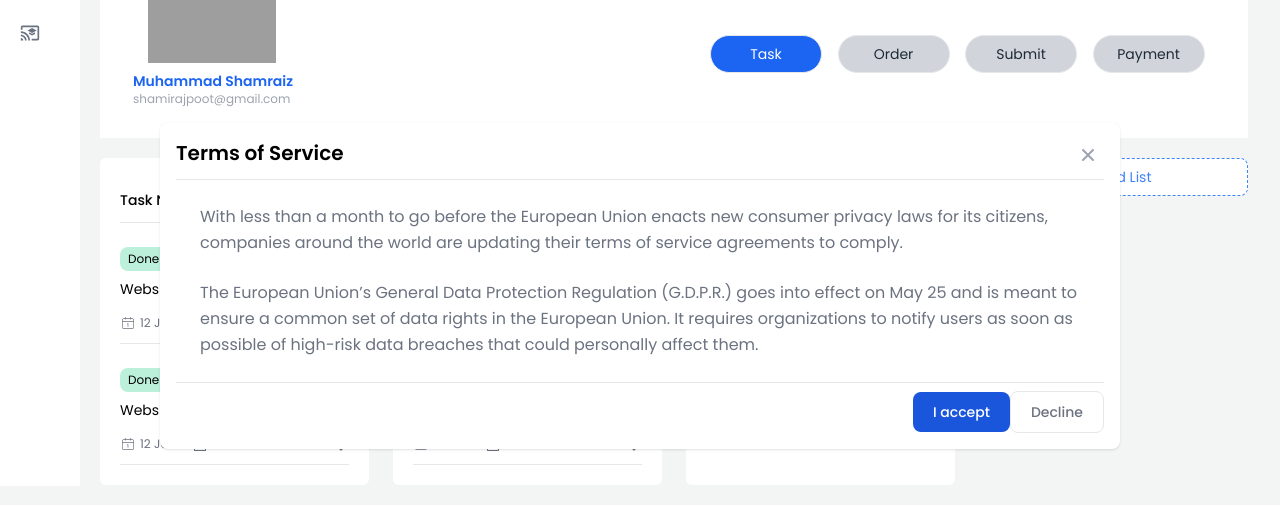
Repository: Shamraiz761/Frontend-Assessment
Page: /, after clicking the first element matching `button.bg-white`
An editor plug-in stored every save of this project. The page is shown before and after the next save, followed by the edit.
The browser window is 1280 px wide. The pictures show the part of the page from y = 234 to 739 px (the page is 739 px tall).
Pictures or frames that could not be fetched are drawn as grey boxes. The project was rebuilt for these pictures with package versions that can differ from the ones it lists, and the page was loaded fresh each time. Also part of the build but not shown: vite.config.js. Imported but missing from the stored project, and not drawn on this page: src/pages/auth/login.

Above is the page before, as saved 2023-06-09 12:47:27.

### src/main.jsx
import ReactDOM from 'react-dom/client'

import React from 'react'

import App from './App.jsx'
import './index.css'

ReactDOM.createRoot(document.getElementById('root')).render(
  <React.StrictMode>
    <App />
  </React.StrictMode>,
)

### src/App.jsx
import React from 'react'
import { DndProvider } from 'react-dnd'
import { HTML5Backend } from 'react-dnd-html5-backend'
import 'flowbite'

import AppRoutes from './routes'

export default function App() {
  return (
    <DndProvider backend={HTML5Backend}>
      <AppRoutes />
    </DndProvider>
  )
}

### src/index.css
@import url("https://fonts.googleapis.com/css2?family=Poppins:wght@400;500;600;700;800;900&display=swap");

@tailwind base;
@tailwind components;
@tailwind utilities;

* {
  margin: 0;
  padding: 0;
}

body {
  margin: 0;
  font-family: "Poppins", -apple-system, BlinkMacSystemFont, "Segoe UI",
    "Roboto", "Oxygen", "Ubuntu", "Cantarell", "Fira Sans", "Droid Sans",
    "Helvetica Neue", sans-serif;
  -webkit-font-smoothing: antialiased;
  -moz-osx-font-smoothing: grayscale;
  width: 100vw;
  overflow-x: hidden;
  background-color: #f2f5f3;
  /* background: linear-gradient(180deg, #faefe8 0%, #edc7ac 100%); */
}

code {
  font-family: source-code-pro, Menlo, Monaco, Consolas, "Courier New",
    monospace;
}

.pointer-cursor {
  cursor: pointer;
}

.cusBorder {
  border: 1px solid #000;
  border-radius: 5px;
}

img {
  cursor: pointer;
}
.errors {
  color: #dc3545;
  padding: 0;
  margin: 0;
  font-size: 12px;
}
.loader {
  position: fixed;
  top: 0;
  bottom: 0;
  left: 0;
  right: 0;
  background-color: rgba(47, 151, 161, 0.32);

  display: flex;
  justify-content: center;
  align-items: center;
}

.link {
  color: #000;
  cursor: pointer;
  text-decoration: none;
}
.link:hover {
  color: #000;
}

.trans-btn {
  background-color: transparent;
  border: none;
}
.profile-logout-btn {
  border: 0;
}
.profile-logout-btn:hover {
  border: 0;
}
.profile-btn {
  border-radius: 0;
  border: 0;
}
.logout-btn {
  border-radius: 0;
  border: 0;
}
.logout-btn:hover {
  background-color: rgba(220, 53, 69, 0.5);
  border: 0;
  color: #fff;
}
.breadcrumbs ul {
  list-style: none;
  display: inline-block;
}

.breadcrumbs ul li {
  display: inline;
}

.breadcrumbs ul li .bc-link {
  /* display: block; */
  width: max-content;
  background-color: #f8f9fa;
  padding: 6px 15px 6px 25px;
  text-align: center;
  position: relative;
  margin: 0 10px 0 0;
  font-size: 15px;
  text-decoration: none;
  color: #000;
}
.breadcrumbs ul li .bc-link::after {
  content: "";
  border-top: 17px solid transparent;
  border-bottom: 17px solid transparent;
  border-left: 17px solid #f8f9fa;
  position: absolute;
  top: 0;
  right: -17px;
  z-index: 1;
}
.breadcrumbs ul li .bc-link::before {
  content: "";
  border-top: 17px solid transparent;
  border-bottom: 17px solid transparent;
  border-left: 17px solid #71cdd5;
  position: absolute;
  top: 0;
  left: 0;
}
.breadcrumbs ul li:first-child .bc-link {
  border-top-left-radius: 5px;
  border-bottom-left-radius: 5px;
}
.breadcrumbs ul li:first-child .bc-link::before {
  display: none;
}

.breadcrumbs ul li:last-child .bc-link {
  padding-right: 20px;
  border-top-right-radius: 5px;
  border-bottom-right-radius: 5px;
}
.breadcrumbs ul li:last-child .bc-link::after {
  display: none;
}

@media screen and (max-width: 500px) {
  .breadcrumbs ul li .bc-link {
    /* display: block; */
    padding: 2px 2px 2px 13px;
    /* margin: 0 10px 0 0; */
    font-size: 14px;
  }

  .breadcrumbs ul li .bc-link::after {
    content: "";
    border-top: 11.6px solid transparent;
    border-bottom: 11.6px solid transparent;
    border-left: 11.6px solid #f8f9fa;
    position: absolute;
    top: 0;
    right: -11.6px;
    z-index: 1;
  }
  .breadcrumbs ul li .bc-link::before {
    content: "";
    border-top: 11.6px solid transparent;
    border-bottom: 11.6px solid transparent;
    border-left: 11.6px solid #71cdd5;
    position: absolute;
    top: 0;
    left: 0;
  }
  .breadcrumbs ul li:last-child .bc-link {
    padding-right: 5px;
  }
}

@media screen and (max-width: 350px) {
  .breadcrumbs ul li .bc-link {
    /* display: block; */
    padding: 2px 2px 2px 12px;
    /* margin: 0 10px 0 0; */
    font-size: 10px;
  }

  .breadcrumbs ul li .bc-link::after {
    content: "";
    border-top: 9px solid transparent;
    border-bottom: 9px solid transparent;
    border-left: 9px solid #f8f9fa;
    position: absolute;
    top: 0;
    right: -9px;
    z-index: 1;
  }
  .breadcrumbs ul li .bc-link::before {
    content: "";
    border-top: 9px solid transparent;
    border-bottom: 9px solid transparent;
    border-left: 9px solid #edc7ac;
    position: absolute;
    top: 0;
    left: 0;
  }
  .breadcrumbs ul li:last-child .bc-link {
    padding-right: 5px;
  }
}

/* ********************************************** */

### src/routes/index.jsx
import {
  createBrowserRouter,
  createRoutesFromElements,
  RouterProvider,
  Route,
} from "react-router-dom";

import * as React from "react";

import Layout from "./layout";
import Root from "./root";

import Home from "../pages/dashboard";
import Login from "../pages/auth/login";
import Header from "../components/header/index";

export default function AppRoutes() {
  const router = createBrowserRouter(
    createRoutesFromElements(
      <Route path="/" element={<Root />}>
        <Route path="/login" element={<Login />} />

        <Route element={<Layout />}>
          <Route path="/" element={<Home />} />
        </Route>
      </Route>
    )
  );

  return <RouterProvider router={router} />;
}

### src/routes/layout.jsx
import { Link, Outlet, useNavigate } from "react-router-dom";
import { Gi3DGlasses } from "react-icons/gi";
import { CgProfile } from "react-icons/cg";
import { BsArrowLeft, BsFillChatSquareTextFill } from "react-icons/bs";
import { MdOutlineDashboard, MdOutlineCastForEducation } from "react-icons/md";

import React, { useState } from "react";
import Header from "../components/header/index";

export default function Layout() {
  const [open, setOpen] = useState(false);
  const [type, setType] = useState(false);
  const navigate = useNavigate();
  return (
    <div>
      {/* {loading && <LoadingSpinner asOverlay />} */}
      <div
        className={` h-screen bg-white  p-3 ${
          open ? "w-56" : "w-20"
        } fixed top-0 sidebar z-50`}
      >
        {/* Logo */}

        <div className="flex flex-row justify-center">
          <svg
            width="67"
            height="67"
            viewBox="0 0 67 67"
            fill="none"
            xmlns="http://www.w3.org/2000/svg"
            className={` text-4xl block float-left cursor-pointer rounded duration-500 ${
              !open && "rotate-[360deg]"
            }`}
            onClick={() => {
              setOpen(!open);
              setType(false);
            }}
          >
            <path
              d="M22.138 15.2984L30.8759 24.0363C32.3276 25.488 34.7005 25.488 36.1522 24.0363L44.8901 15.2984C47.2351 12.9534 45.588 8.90552 42.238 8.90552H24.7622C21.4401 8.90552 19.7651 12.9534 22.138 15.2984Z"
              fill="#208FF5"
            />
            <path
              d="M22.138 51.7017L30.8759 42.9637C32.3276 41.5121 34.7005 41.5121 36.1522 42.9637L44.8901 51.7017C47.2351 54.0467 45.588 58.0946 42.238 58.0946H24.7622C21.4401 58.0946 19.7651 54.0467 22.138 51.7017Z"
              fill="#208FF5"
            />
            <path
              d="M6.03002 31.9088L12.423 21.8588C13.428 20.2676 15.6614 20.0163 17.0014 21.3563L27.0514 31.4063C28.1959 32.5509 28.1959 34.4213 27.0514 35.5659L17.0014 45.6159C15.6614 46.9559 13.456 46.7047 12.423 45.1134L6.03002 35.0634C5.44377 34.1142 5.44377 32.8859 6.03002 31.9088Z"
              fill="#208FF5"
            />
            <path
              d="M60.9701 31.9088L54.5771 21.8588C53.5721 20.2676 51.3387 20.0163 49.9987 21.3563L39.9488 31.4063C38.8042 32.5509 38.8042 34.4213 39.9488 35.5659L49.9987 45.6159C51.3387 46.9559 53.5442 46.7047 54.5771 45.1134L60.9701 35.0634C61.5563 34.1142 61.5563 32.8859 60.9701 31.9088Z"
              fill="#208FF5"
            />
          </svg>
        </div>

        {/* Search */}

        <ul className="pt-2">
          {/* Dashboard */}
          <Link
            to="/"
            className={` rounded-md text-gray-500  text-xs flex items-center gap-x-4 cursor-pointer hover:bg-gray-50 hover:text-blue-500 py-4 p-2`}
          >
            <span className="text-xl block float-left">
              <MdOutlineDashboard />
            </span>
            <span
              className={` text-sm font-md flex-1
          ${!open && "hidden"}`}
            >
              Marketplace
            </span>
          </Link>

          <Link
            className={` rounded-md text-gray-500  text-xs flex items-center gap-x-4 cursor-pointer hover:bg-gray-50 hover:text-blue-500 py-4 p-2`}
            to="/profile"
          >
            <span className="text-xl block float-left">
              <CgProfile />
            </span>
            <span
              className={` text-xs font-md flex-1
          ${!open && "hidden"}`}
            >
              Profile
            </span>
          </Link>

          {/* Lens */}
          <Link
            className={` rounded-md text-gray-500  text-xs flex items-center gap-x-4 cursor-pointer hover:bg-gray-50 hover:text-blue-500 py-4 p-2`}
            to="/chat"
          >
            <span className="text-lg block float-left">
              <BsFillChatSquareTextFill />
            </span>
            <span
              className={` text-xs font-md flex-1
          ${!open && "hidden"}`}
            >
              Chat
            </span>
          </Link>

          {/* Orders */}
          <Link
            className={` rounded-md text-gray-500  text-xs flex items-center gap-x-4 cursor-pointer hover:bg-gray-50 hover:text-blue-500 py-4 p-2`}
            to="/education"
          >
            <span className="text-xl block float-left">
              <MdOutlineCastForEducation />
            </span>
            <span
              className={` text-xs font-md flex-1
          ${!open && "hidden"}`}
            >
              Education
            </span>
          </Link>
        </ul>
      </div>
      <div className={` ${open ? "ml-56" : "ml-20"}`}>
        <Header />
        <Outlet />
      </div>
    </div>
  );
}

### src/routes/root.jsx
import { Outlet } from 'react-router-dom'

import React from 'react'

export default function Root() {
    return (
        <Outlet />
    )
}

### src/pages/Dashboard/index.jsx
import { AiOutlinePlusCircle } from "react-icons/ai";
import { BsThreeDotsVertical } from "react-icons/bs";

import React, { useState } from "react";

import "./index.css";
import Profile from "../../components/dashboard/profile";
import Card from "../../components/dashboard/card";

function Home() {
  const [isModalOpen, setIsModalOpen] = useState(false);

  const toggleModal = () => {
    setIsModalOpen(!isModalOpen);
  };

  return (
    <div className="mr-3">
      <Profile />
      <div className="m-5 grid grid-cols-1 sm:grid-cols-2 md:grid-cols-3 lg:grid-cols-4 gap-6 ">
        <div className="bg-white p-5 rounded-md">
          <div className="flex flex-row justify-between py-3 border-b">
            <div className="text-sm font-medium">Task Name</div>
            <div className="flex flex-row text-gray-500">
              <AiOutlinePlusCircle className="mr-2" />
              <BsThreeDotsVertical />
            </div>
          </div>
          <Card />
          <Card />
        </div>
        <div className="bg-white p-5 rounded-md">
          <div className="flex flex-row justify-between py-3 border-b">
            <div className="text-sm font-medium">Task Name</div>
            <div className="flex flex-row text-gray-500">
              <AiOutlinePlusCircle className="mr-2" />
              <BsThreeDotsVertical />
            </div>
          </div>
          <Card />
          <Card />
        </div>
        <div className="bg-white p-5 rounded-md">
          <div className="flex flex-row justify-between py-3 border-b">
            <div className="text-sm font-medium">Task Name</div>
            <div className="flex flex-row text-gray-500">
              <AiOutlinePlusCircle className="mr-2" />
              <BsThreeDotsVertical />
            </div>
          </div>
          <Card />
        </div>

        <div>
          <button
            onClick={toggleModal}
            className="bg-white flex flex-row justify-center text-blue-500 rounded-lg border border-dashed border-blue-500 px-2 py-2 text-sm w-full"
            type="button"
          >
            <AiOutlinePlusCircle className="mr-2 mt-1" />
            <h1>Add List</h1>
          </button>
          {isModalOpen && (
            <div className="fixed w-9/12 top-0 left-0 right-0 bottom-0 z-50 flex min-h-screen m-40 items-center justify-center">
              <div className="absolute bg-white rounded-lg shadow p-4">
                {/* Modal header */}
                <div className="flex items-start justify-between border-b pb-2">
                  <h3 className="text-xl font-semibold">Terms of Service</h3>
                  <button
                    onClick={toggleModal}
                    className="text-gray-400 bg-transparent hover:bg-gray-200 hover:text-gray-900 rounded-lg p-1.5 ml-auto inline-flex items-center"
                  >
                    <svg
                      aria-hidden="true"
                      className="w-5 h-5"
                      fill="currentColor"
                      viewBox="0 0 20 20"
                      xmlns="http://www.w3.org/2000/svg"
                    >
                      <path
                        fillRule="evenodd"
                        d="M4.293 4.293a1 1 0 011.414 0L10 8.586l4.293-4.293a1 1 0 111.414 1.414L11.414 10l4.293 4.293a1 1 0 01-1.414 1.414L10 11.414l-4.293 4.293a1 1 0 01-1.414-1.414L8.586 10 4.293 5.707a1 1 0 010-1.414z"
                        clipRule="evenodd"
                      />
                    </svg>
                    <span className="sr-only">Close modal</span>
                  </button>
                </div>
                {/* Modal body */}
                <div className="p-6 space-y-6">
                  <p className="text-base leading-relaxed text-gray-500">
                    With less than a month to go before the European Union
                    enacts new consumer privacy laws for its citizens, companies
                    around the world are updating their terms of service
                    agreements to comply.
                  </p>
                  <p className="text-base leading-relaxed text-gray-500">
                    The European Union’s General Data Protection Regulation
                    (G.D.P.R.) goes into effect on May 25 and is meant to ensure
                    a common set of data rights in the European Union. It
                    requires organizations to notify users as soon as possible
                    of high-risk data breaches that could personally affect
                    them.
                  </p>
                </div>
                {/* Modal footer */}
                <div className="flex items-center justify-end border-t pt-2">
                  <button
                    onClick={toggleModal}
                    type="button"
                    className="text-white bg-blue-700 hover:bg-blue-800 focus:ring-4 focus:outline-none focus:ring-blue-300 font-medium rounded-lg text-sm px-5 py-2.5"
                  >
                    I accept
                  </button>
                  <button
                    onClick={toggleModal}
                    type="button"
                    className="text-gray-500 bg-white hover:bg-gray-100 focus:ring-4 focus:outline-none focus:ring-blue-300 rounded-lg border border-gray-200 text-sm font-medium px-5 py-2.5 hover:text-gray-900"
                  >
                    Decline
                  </button>
                </div>
              </div>
            </div>
          )}
        </div>
      </div>
    </div>
  );
}
export default Home;

### src/components/header/index.jsx
import { IoIosNotifications } from "react-icons/io";

import React from "react";
import { CgProfile } from "react-icons/cg";

function Header() {
  return (
    <div>
      {/* component */}
      <nav className=" bg-white w-full flex relative justify-between items-center mx-auto px-8 py-4 h-16">
        {/* search bar */}
        <div className="hidden sm:block flex-shrink flex-grow-0 justify-start px-2">
          <div className="inline-block">
            <div className="inline-flex items-center max-w-full">
              <input
                className="flex items-center text-gray-400 bg-slate-50 justify-between  flex-grow-0  relative w-72 border rounded-lg  py-1"
                type="search"
                placeholder="Search"
              />

              <div className="flex items-center justify-center relative  h-8 w-24 rounded-full"></div>
            </div>
          </div>
        </div>

        <div className="flex-initial">
          <div className="flex justify-end items-center relative">
            <div className="block">
              <div className="inline relative sm:flex sm:flex-row sm:justify-center">
                <button
                  type="button"
                  className="inline-flex items-center relative px-2  rounded-full hover:shadow-lg"
                >
                  <IoIosNotifications className="text-gray-400 text-xl" />
                </button>
                <button
                  type="button"
                  className="inline-flex items-center relative px-2  rounded-full hover:shadow-lg"
                >
                  <CgProfile className="text-gray-400 text-xl" />
                </button>
              </div>
            </div>
          </div>
        </div>
        {/* end login */}
      </nav>
    </div>
  );
}

export default Header;

### src/pages/Dashboard/index.css
.dashboard-cover-iamge{
    background: url("../../assets/images/dashboard-back.png");
    background-position: center;
    background-repeat: no-repeat;
    background-size: cover;

}

### src/components/dashboard/profile.jsx
import profile from "../../assets/images/Ellipse 1631.png";

import React from "react";

function Profile() {
  return (
    <div className="m-5  w-[11/12] md:h-72 h-[360px]  bg-white">
      <div className="dashboard-cover-iamge h-[150px]  w-[100%]"></div>
      <div className="grid lg:grid-cols-2 grid-cols-1 md:grid-cols-2 flex-row justify-between flex-wrap">
        <div className="ml-12">
          <img src={profile} className="h-32 w-32 mt-[-65px]  " />
          <h1 className="text-blue-600 font-semibold text-sm ml-[-15px] mt-2">
            Muhammad Shamraiz
          </h1>
          <p className="text-gray-400 text-xs font-thin ml-[-15px]">
            shamirajpoot@gmail.com
          </p>
        </div>
        <div className="grid my-3 grid-cols-2 lg:grid-cols-4 md:justify-end justify-between mx-8 items-center ">
          <button className="btn border  rounded-full w-24 lg:w-28 m-1  px-4 py-2 bg-blue-600 text-sm  text-white">
            Task
          </button>
          <button className="btn border  rounded-full w-24 lg:w-28 m-1 px-4 py-2 bg-gray-300 text-sm  text-gray-800">
            Order
          </button>
          <button className="btn border  rounded-full w-24 lg:w-28  m-1 px-4 py-2 bg-gray-300 text-sm  text-gray-800">
            Submit
          </button>
          <button className="btn border  rounded-full w-24 lg:w-28 m-1 px-4 py-2 bg-gray-300 text-sm  text-gray-800">
            Payment
          </button>
        </div>
      </div>
    </div>
  );
}

export default Profile;

### src/components/dashboard/card.jsx
import { BiUserPlus } from "react-icons/bi";
import { CiCalendarDate } from "react-icons/ci";
import { VscFileSubmodule } from "react-icons/vsc";
import { BsThreeDotsVertical } from "react-icons/bs";

import React from "react";

function Card() {
  return (
    <div className="border-b py-3">
      <div className="flex flex-row justify-between mt-3 ">
        <span className="bg-green-200 px-2 py-1 rounded-lg text-xs font-thin">
          Done
        </span>
        <div className="flex flex-row text-gray-500 mt-1">
          <BiUserPlus className="mr-2 " />
          <BsThreeDotsVertical />
        </div>
      </div>
      <h1 className="text-sm my-2">Website SEO</h1>

      <div className="flex flex-row justify-between mt-3">
        <div className="flex flex-row">
          <div className="flex flex-row text-gray-500 mt-1">
            <CiCalendarDate className="mr-1" />
            <p className="text-xs font-thin text-gray-500 mr-2">12 JUNE</p>
          </div>
          <div className="flex flex-row text-gray-500 mt-1">
            <VscFileSubmodule className="mr-1" />
            <p className="text-xs font-thin text-gray-500 mr-2">2 Files</p>
          </div>
        </div>
        <div className="flex flex-row text-gray-500 mt-1">
          <BsThreeDotsVertical />
        </div>
      </div>
    </div>
  );
}

export default Card;

### tailwind.config.cjs
const colors = require('tailwindcss/colors');
const defaultTheme = require('tailwindcss/defaultTheme');

module.exports = {
  content: ['./src/**/*.{js,jsx,ts,tsx}', "node_modules/flowbite/**/*.js"],
  theme: {
    extend: {
      colors: {
        // set primary color from figma
        // primary: {
        // },
      },
      fontFamily: {
        poppins: ['Poppins', ...defaultTheme.fontFamily.sans],
      },
      fontSize: {
        xxs: '0.5rem',
      },
    },
  },
  plugins: [
    require('flowbite/plugin')
  ],

};

Loaded but not shown: index.html (common file)

After the next save:
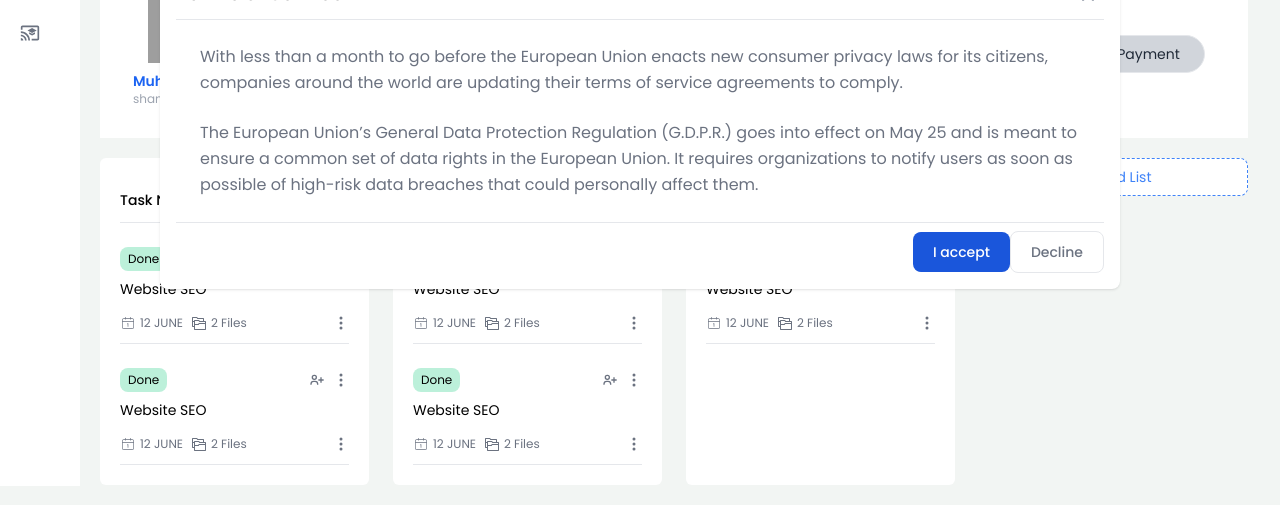
Saved 4 s later.
--- a/src/pages/Dashboard/index.jsx
+++ b/src/pages/Dashboard/index.jsx
@@ -61,7 +61,7 @@ function Home() {
             <h1>Add List</h1>
           </button>
           {isModalOpen && (
-            <div className="fixed w-9/12 top-0 left-0 right-0 bottom-0 z-50 flex min-h-screen m-40 items-center justify-center">
+            <div className="fixed w-9/12 top-0 left-0 right-0 bottom-0 z-50 flex min-h-screen ml-40 items-center justify-center">
               <div className="absolute bg-white rounded-lg shadow p-4">
                 {/* Modal header */}
                 <div className="flex items-start justify-between border-b pb-2">
